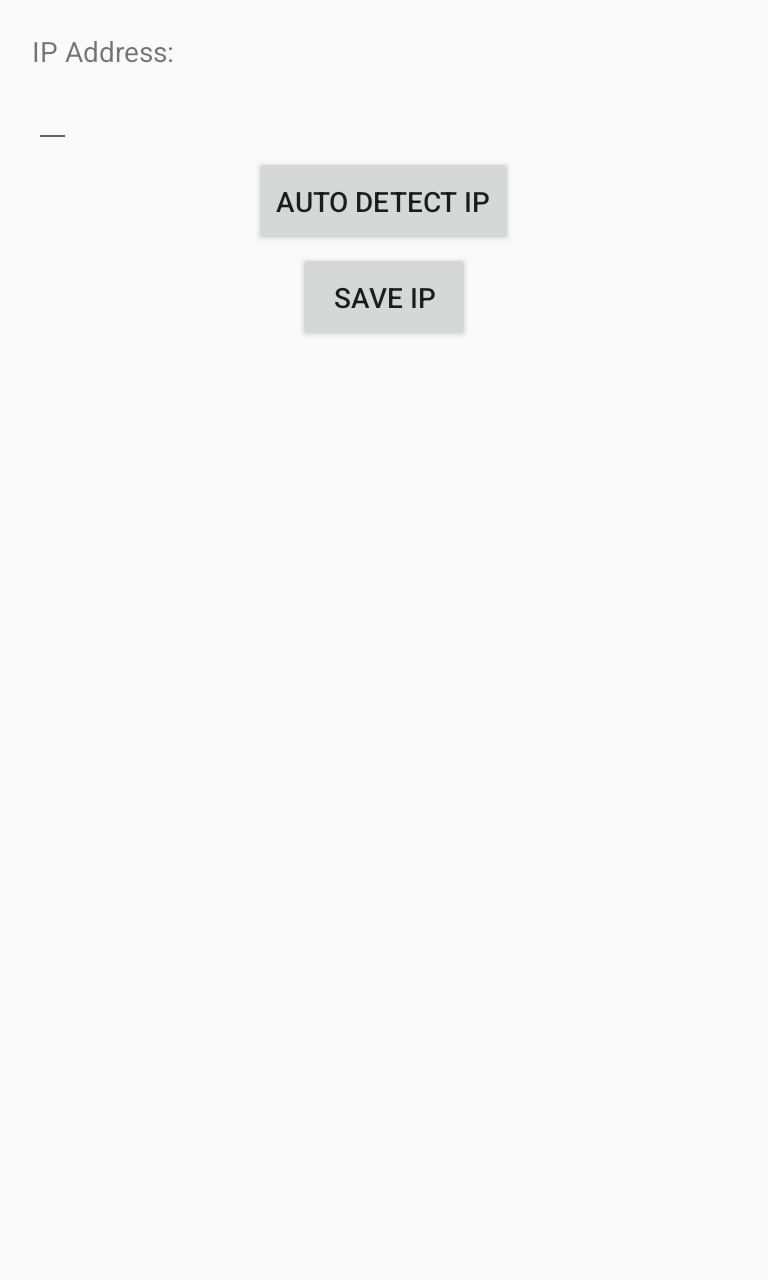
Repository: mariusz-pazur/android
Layout: HomeAtionClient/res/layout/fragment_settings.xml
These files come from the project's save history. The layout is drawn as it stood at one moment and after the next save; the edit follows.
It is drawn on a 768 x 1280 px phone screen (xhdpi) without system bars, with theme AppTheme; the app's code is not run.

Above is the layout before, as saved 2014-06-06 12:03:29.

### HomeAtionClient/res/layout/fragment_settings.xml
<RelativeLayout xmlns:android="http://schemas.android.com/apk/res/android"
    xmlns:tools="http://schemas.android.com/tools"
    android:layout_width="match_parent"
    android:layout_height="match_parent"
    android:paddingBottom="@dimen/activity_vertical_margin"
    android:paddingLeft="@dimen/activity_horizontal_margin"
    android:paddingRight="@dimen/activity_horizontal_margin"
    android:paddingTop="@dimen/activity_vertical_margin"
    tools:context="pl.clawdivine.homeationclient.MainActivity$PlaceholderFragment" >

    <TextView
        android:id="@+id/label_ipaddress"
        android:layout_width="wrap_content"
        android:layout_height="wrap_content"
        android:text="@string/LabelIPAddress" />

    <EditText
        android:id="@+id/editText_ipaddress"
        android:layout_width="wrap_content"
        android:layout_height="wrap_content"
        android:layout_alignLeft="@+id/label_ipaddress"
        android:layout_below="@+id/label_ipaddress"
        android:layout_centerHorizontal="true"
        android:inputType="text" >
    </EditText>

    <Button
        android:id="@+id/button_autodetect"
        android:layout_width="wrap_content"
        android:layout_height="wrap_content"
        android:layout_centerHorizontal="true"
        android:layout_below="@+id/editText_ipaddress"
        android:text="@string/button_autodetect" />

    <Button
        android:id="@+id/button_savesettings"
        android:layout_width="wrap_content"
        android:layout_height="wrap_content"
        android:layout_centerHorizontal="true"
        android:layout_below="@+id/button_autodetect"
        android:text="@string/button_savesettings" />

</RelativeLayout>

### HomeAtionClient/res/values/strings.xml
<?xml version="1.0" encoding="utf-8"?>
<resources>
    <string name="app_name">HomeAtionClient</string>
    <string name="remote_devices_section">Devices</string>
    <string name="settings_section">Settings</string>
    <string name="LabelIPAddress">IP Address:</string>
    <string name="action_settings">Settings</string>
    <string name="button_autodetect">Auto Detect IP</string>
    <string name="button_savesettings">Save IP</string>
    <string name="label_remotedevices">Your devices:</string>
    <string name="button_refreshdevices">Refresh</string>
</resources>

Loaded but not shown: HomeAtionClient/res/values/styles.xml (common file); HomeAtionClient/res/values-v11/styles.xml (common file); HomeAtionClient/res/values-v14/styles.xml (common file); HomeAtionClient/res/values/dimens.xml (common file); HomeAtionClient/res/values-w820dp/dimens.xml (common file)

After the next save:
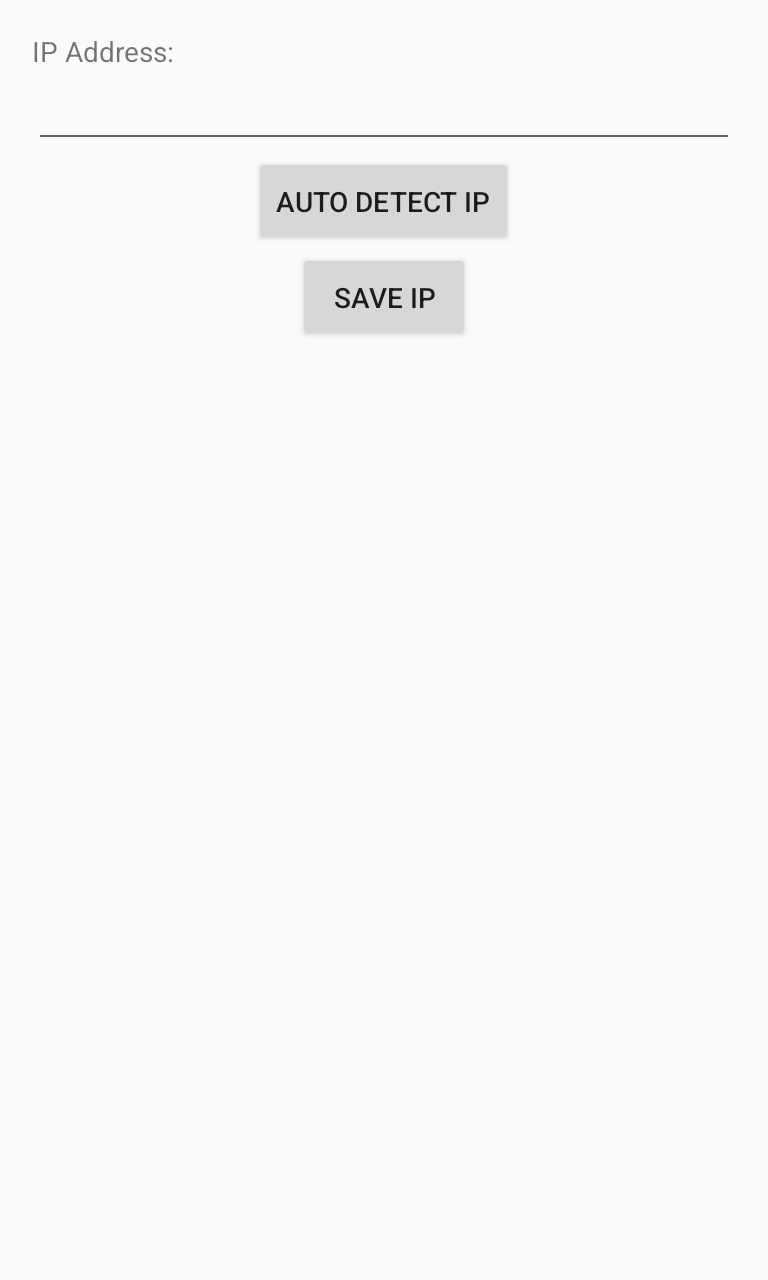
Saved 34 s later.
--- a/HomeAtionClient/res/layout/fragment_settings.xml
+++ b/HomeAtionClient/res/layout/fragment_settings.xml
@@ -18,10 +18,11 @@
         android:id="@+id/editText_ipaddress"
         android:layout_width="wrap_content"
         android:layout_height="wrap_content"
-        android:layout_alignLeft="@+id/label_ipaddress"
+        android:layout_alignParentLeft="true"
+        android:layout_alignParentRight="true"
         android:layout_below="@+id/label_ipaddress"
-        android:layout_centerHorizontal="true"
         android:inputType="text" >
+
     </EditText>
 
     <Button
